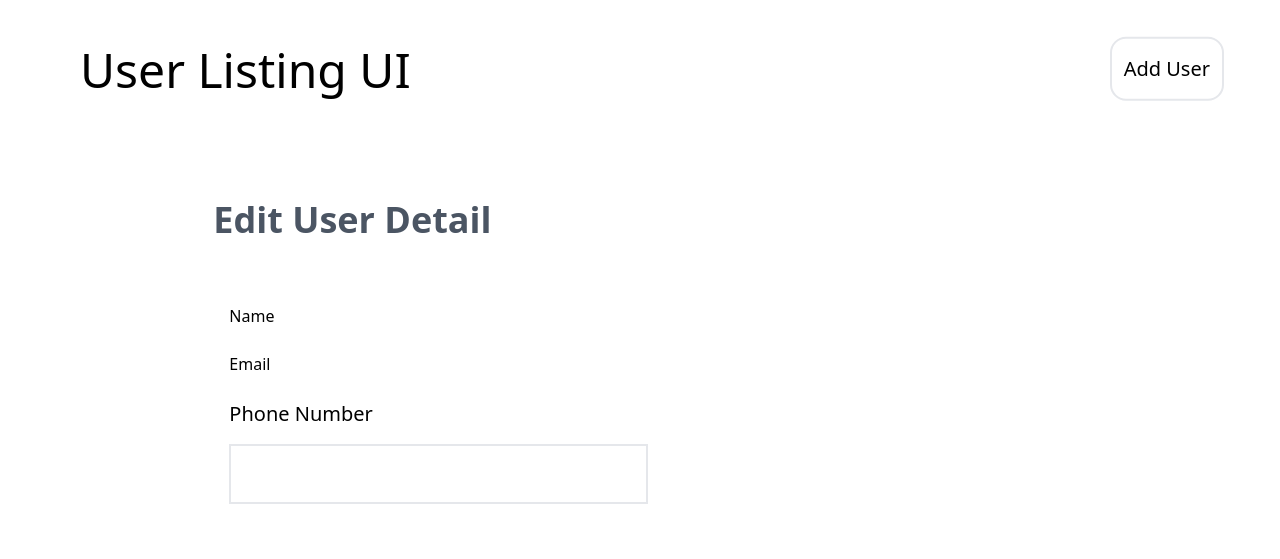
Repository: Marlstergo/listings
Page: /order (app in client/)
The author's editor kept a copy of each file at every save. The page is drawn from the files as they stood at one save, then again after the next save.
The browser window is 1280 px wide. The pictures show the whole page.
The project was rebuilt for these pictures with package versions that can differ from the ones it lists, and the page was loaded fresh each time. Also part of the build but not shown: client/craco.config.js, client/src/components/Loader.js, client/src/components/UserRow.jsx, client/src/components/Home.js, client/src/components/Modal.js. Imported but missing from the stored project, and not drawn on this page: client/src/components/Base, client/src/components/Toppings.

Above is the page before, as saved 2021-07-21 15:18:27.

### client/src/index.js
/* eslint-disable no-unused-vars */
import React from "react";
import ReactDOM from "react-dom";
import "./index.css";
import App from "./App";
import reportWebVitals from "./reportWebVitals";
import { BrowserRouter as Router } from 'react-router-dom';
import { Provider } from "react-redux";
import { store } from "./redux/store";
import { PersistGate } from "redux-persist/integration/react";
import { persistor } from "./redux/store";

ReactDOM.render(
  <React.StrictMode>
    <Provider store={store}>
      <Router>
        <PersistGate persistor={persistor}>
          <App />
        </PersistGate>
      </Router>
    </Provider>
  </React.StrictMode>,
  document.getElementById("root")
);

// If you want to start measuring performance in your app, pass a function
// to log results (for example: reportWebVitals(console.log))
// or send to an analytics endpoint. Learn more: https://bit.ly/CRA-vitals
reportWebVitals();

### client/src/App.js
import React, { useState } from 'react';
import {BrowserRouter, Route, Switch, useLocation } from "react-router-dom";
import Header from './components/Header';
import Home from './components/Home';
import Base from './components/Base';
import Toppings from './components/Toppings';
import Order from './components/EditUser';
import Modal from './components/Modal';
import { AnimatePresence } from 'framer-motion';

function App() {
  const location = useLocation();
  const showModal = true;

  return (
    <>
      <Header />
      {/* <Modal showModal={showModal} /> */}
      <AnimatePresence exitBeforeEnter>
      <BrowserRouter>
        <Switch >
          <Route
          exact
          name="home"
          path="/">
            <Home />
          </Route>
          {/* <Route exact path="/createUpdateUser">
            <Toppings />
          </Route> */}
          <Route path="/order"
          exact
          name="order">
            <Order />
          </Route>

        </Switch>
        </BrowserRouter>
      </AnimatePresence>

    </>
  );
}

export default App;

### client/src/redux/store.js
import { createStore, applyMiddleware } from "redux";
import { logger } from 'redux-logger';
import {persistStore} from 'redux-persist';
// import thunk from 'redux-thunk'
import createSagaMiddleware from 'redux-saga'

import rootSaga from './root-sagas'

import rootReducer from './root-reducer';

const sagaMiddleware = createSagaMiddleware()

const middleware = [sagaMiddleware];

if( process.env.NODE_ENV === 'development'){
    middleware.push(logger)
}

export const store = createStore(rootReducer, applyMiddleware(...middleware))

sagaMiddleware.run(rootSaga)

export const persistor = persistStore(store)

export default (store, persistor);

### client/src/components/Header.js
import React from "react";
import { motion } from "framer-motion";

const svgVariants = {
  hidden: { rotate: -180 },
  visible: {
    rotate: 0,
    transition: { duration: 1 },
  },
};

const pathVariants = {
  hidden: {
    opacity: 0,
    pathLength: 0,
  },
  visible: {
    opacity: 1,
    pathLength: 1,
    transition: {
      duration: 2,
      ease: "easeInOut",
    },
  },
};

const buttonVariants = {
  show: {
    y: [0, -20],
    x: 0,
    textShadow: "0px 0px 8px rgb(255,255,255)",
    boxShadow: "0px 0px 8px rgb(255,255,255)",
    transition: {
      duration: 0.3,
      yoyo: Infinity,
      ease: 'easeOut'
    },
  },
};

const Header = () => {
  return (
    <header className="flex p-14 w-screen justify-between  items-center">
      {/* <motion.div
        className="logo"
        drag
        dragConstraints={{ left: 0, top: 0, right: 0, bottom: 0 }}
        dragElastic={0.7}
      >

      </motion.div> */}
      <motion.div
        className=" flex justify-between w-full ml-6 text-xs"
        initial={{ y: -250 }}
        animate={{ y: -10 }}
        transition={{ delay: 0.2, type: "spring", stiffness: 120 }}
      >
        <h1 className=" pb-4 text-5xl">User Listing UI</h1>
        <motion.button variants={buttonVariants} whileHover="hover"
        animate="show"
        className="text-xl border-2 px-3 rounded-2xl"
        >
          Add User
        </motion.button>
      </motion.div>
    </header>
  );
};

export default Header;

### client/src/components/EditUser.js
import React, { useEffect } from 'react';
import { motion } from 'framer-motion';

const containerVariants = {
  hidden: {
    opacity: 0,
    x: '100vw',
    transition: {
      staggerChildren: 0.5,
    }
  },
  visible: {
    opacity: 1,
    x: 0,
    transition: {
      type: 'spring',
      mass: 0.4,
      damping: 8,
      staggerChildren: 0.4,
      when: "beforeChildren",
    }
  },
};

const childVariants = {
  hidden: {
    opacity: 0,
  },
  visible: {
    opacity: 1,
  }
}

const Order = () => {


  return (
    <motion.div className="container order flex justify-center"
      variants={containerVariants}
      initial="hidden"
      animate="visible"
      exit="exit"
    >
      <div className="w-2/3 ">
        <h1 className="text-gray-600 font-semibold py-6 mb-10 text-4xl">Edit User Detail</h1>

      <motion.form variants={childVariants} className="pl-4">
        <div className="flex flex-col">
          <label htmlFor="">Name</label>
          <input type="text" name="name" id="name" />
        </div>
        <div className="flex flex-col">
          <label htmlFor="">Email</label>
          <input type="text" name="email" id="email" />
        </div>
        <div className="flex flex-col">
          <label htmlFor="phone" className="text-xl mb-4" >Phone Number</label>
          <input type="text" name="phone" className="px-3 py-4 w-1/2 border-2" id="phone" />
        </div>
      </motion.form>
      <motion.div variants={childVariants}>

      </motion.div>
      </div>
    </motion.div>
  )
}

export default Order;

### client/src/redux/root-sagas.js
import {all, call} from 'redux-saga/effects'
import {userSagas} from './user/user.sagas'


export default function* rootSaga(){
    yield all([
        call(userSagas),
    ])
}

### client/src/redux/root-reducer.js
import {combineReducers} from 'redux'
import userReducer from './user/user.reducer'
// import cartReducer from './cart/cart.reducer'
import {persistReducer} from 'redux-persist'
import storage from 'redux-persist/lib/storage'
// import directoryReducer from './directory/directory.reducer'
// import shopReducer from './shop/shop.reducer'

const persistConfig ={
    key: 'root',
    storage,
    whitelist: ['' ]
}
const rootReducer = combineReducers({
    user: userReducer,

})
export default persistReducer(persistConfig, rootReducer)

### client/src/redux/user/user.sagas.js
import { all, call, put, takeLatest } from "redux-saga/effects";

import UserActionTypes from "./user.types";
import { loadUserDetail } from "./user.action";
// import axios from "axios";
// import { getUserDetailsURL } from "../../components/stringConstants";

export function* getDetails() {
  yield console.log("i fired");

  // try {
  //   console.log("inside try");

  //   const res = yield axios.get(getUserDetailsURL);
  //   const data = yield res.data;
  //   console.log(res);
  //   yield put(loadUserDetail(data ? data.data[0] : {}));
  // } catch (err) {
  //   console.log(err.response);
  //   if (err.response && err.response.statusText === "Not Found") {
  //     // console.log("");
  //     window.location.href = "/profile/settings?newUser=0837";
  //   }
  // }
}

export function* getUserDetails() {
  yield takeLatest(UserActionTypes.GET_USER_DETAIL, getDetails);
}
// export function* loadUserDetails(){
//     yield takeLatest(UserActionTypes.LOAD_USER_DETAIL, loadDetails)
// }

export function* userSagas() {
  yield all([call(getUserDetails)]);
}

### client/src/redux/user/user.reducer.js
import UserActionTypes from "./user.types";
const INITIAL_STATE = {
  // currentUser: null,
  userDetail: {},
  demo: 'i am demo',
  location: null

};
const userReducer = (state = INITIAL_STATE, action) => {
  switch (action.type) {

    case UserActionTypes.LOAD_USER_DETAIL:
      return {
        ...state,
        userDetail: action.payload,
      };

    case UserActionTypes.COLLECT_GEOLOCATION:
      return {
        ...state,
        location: action.payload
      }
    default:
      return state;
  }
};

export default userReducer;

### client/src/redux/user/user.types.js
const UserActionTypes ={
    GOOGLE_SIGN_IN_START : 'GOOGLE_SIGN_IN_START',
    SIGN_IN_SUCCESS : 'SIGN_IN_SUCCESS',
    SIGN_IN_FAILURE : 'SIGN_IN_FAILURE',
    GET_USER_DETAIL: 'GET_USER_DETAIL',
    LOAD_USER_DETAIL: 'LOAD_USER_DETAIL',
    COLLECT_GEOLOCATION: 'COLLECT_GEOLOCATION',
    FETCH_GEOLOCATION: 'FETCH_GEOLOCATION'
}
export default UserActionTypes;

### client/src/redux/user/user.action.js
import UserActionTypes from './user.types'



// export const googleSignInStart = () => ({
//     type: UserActionTypes.GOOGLE_SIGN_IN_START
// })

// export const signInSuccess = (user) => ({
//     type: UserActionTypes.SIGN_IN_SUCCESS,
//     payload: user
// })

export const getUserDetail = () => ({
    type: UserActionTypes.GET_USER_DETAIL,

})
export const loadUserDetail = (details) => ({
    type: UserActionTypes.LOAD_USER_DETAIL,
    payload: details
})

export const fetchGeoloction = () => ({
    type: UserActionTypes.FETCH_GEOLOCATION
})
export const collectGeolocation = (location) => ({
    type: UserActionTypes.COLLECT_GEOLOCATION,
    payload: location
})
// })

### client/tailwind.config.js
  // tailwind.config.js
  module.exports = {
    // mode:'jit',
    purge: ['./src/**/*.{js,jsx,ts,tsx}', './public/index.html'],
     darkMode: false, // or 'media' or 'class'
     theme: {
       extend: {},
     },
     variants: {
       extend: {},
     },
     plugins: [],
   }

Loaded but not shown: client/public/index.html (common file); client/src/index.css (common file); client/src/reportWebVitals.js (common file)

After the next save:
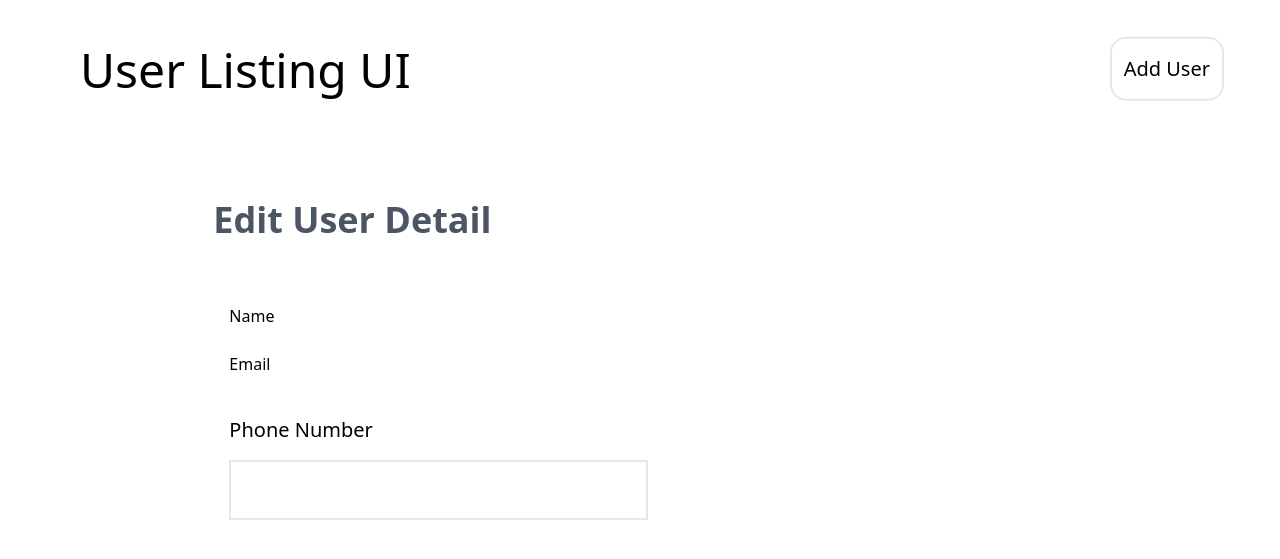
Saved 7 s later.
--- a/client/src/components/EditUser.js
+++ b/client/src/components/EditUser.js
@@ -54,7 +54,7 @@ const Order = () => {
           <input type="text" name="email" id="email" />
         </div>
         <div className="flex flex-col">
-          <label htmlFor="phone" className="text-xl mb-4" >Phone Number</label>
+          <label htmlFor="phone" className="text-xl my-4" >Phone Number</label>
           <input type="text" name="phone" className="px-3 py-4 w-1/2 border-2" id="phone" />
         </div>
       </motion.form>
